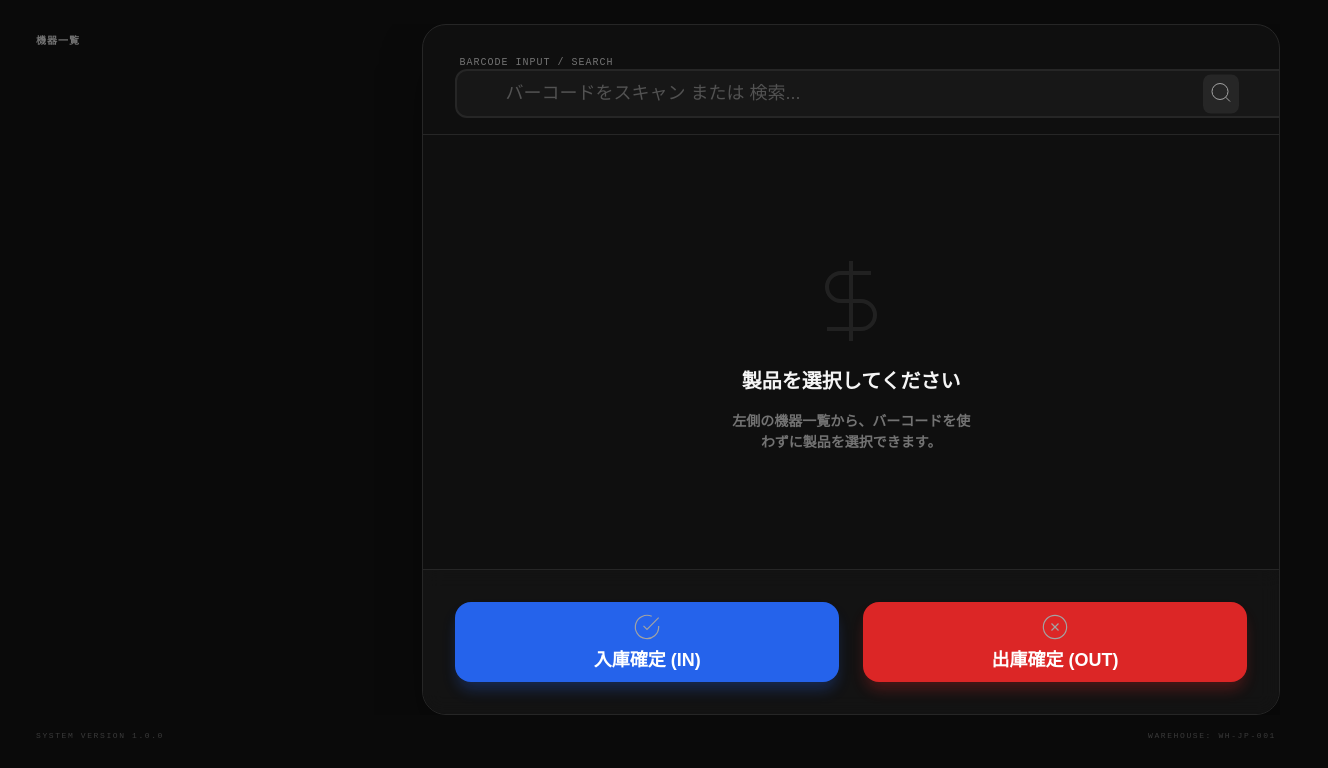
Repository: t-morika/Souko2_app
Page: index-list.html
The author's editor kept a copy of each file at every save. The page is drawn from the files as they stood at one save, then again after the next save.
The browser window is 1280 px wide. The page is 1312 px wide, then 1328 px, so the pictures cover 1328 px, including what lies to the right of the window. The pictures show the whole page.
The page's requests for data from a server got no answer.

Above is the page before, as saved 2026-04-30 09:41:28.

After the next save:
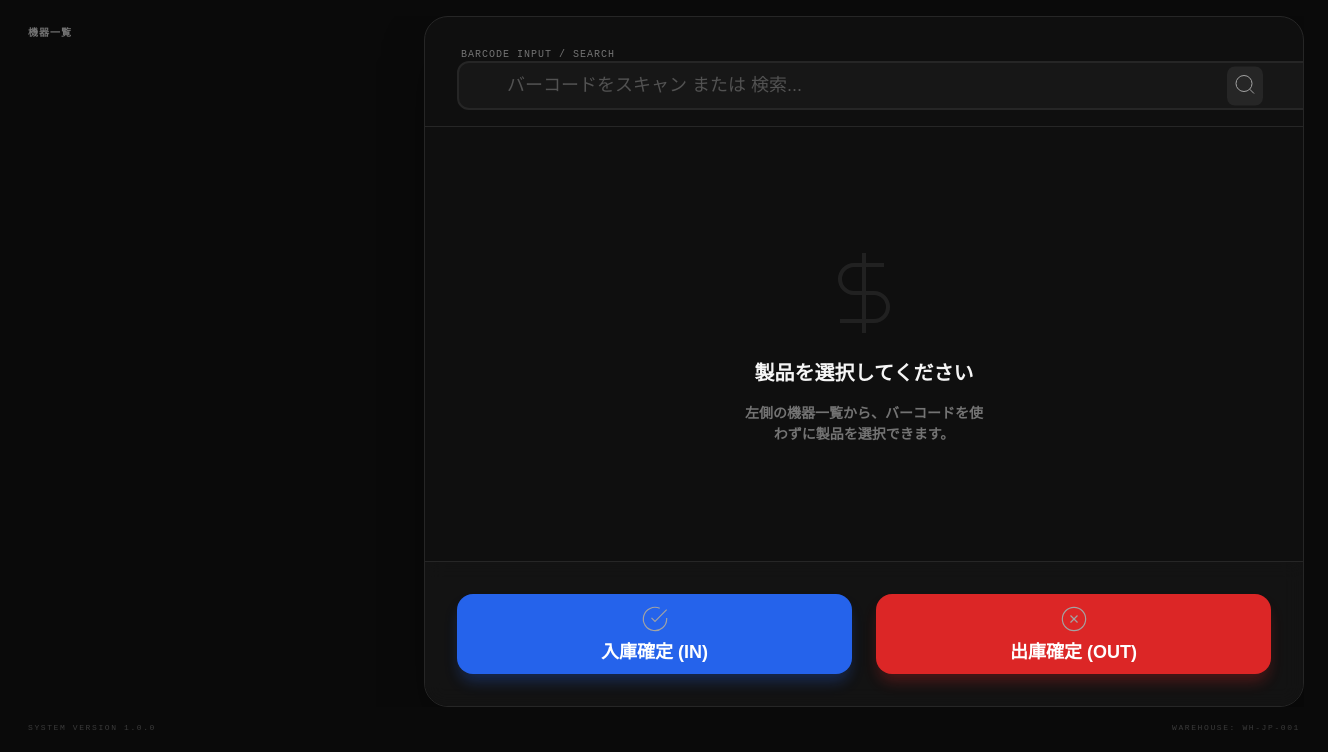
Saved 22 min 37 s later.
--- a/style-list.css
+++ b/style-list.css
@@ -113,7 +113,7 @@
 .product-panel-barcode {
     padding: 1.5rem 2rem 1rem;
     border-bottom: 1px solid #262626;
-    max-width: 100%;
+    box-sizing: border-box;
 }
 
 .product-detail {
@@ -121,9 +121,7 @@
 }
 
 .app {
-    padding: 1.5rem 2rem;
-    max-width: calc(100vw - 2rem);
-    margin: 0 auto;
+    padding: 1rem 1.5rem;
 }
 
 .main {
